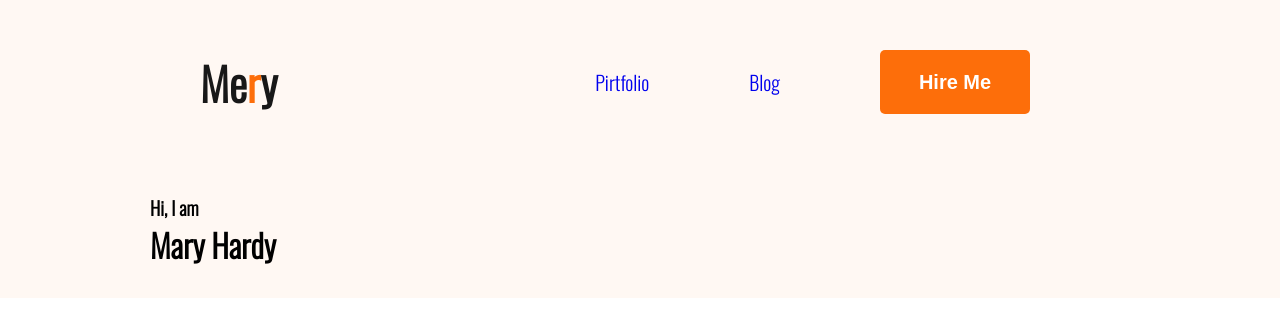
Repository: sumonkumarsarkar/my-website-personal
Page: index.html
These files come from the project's save history. The page is drawn as it stood at one moment and after the next save; the edit follows.
The browser window is 1280 px wide. The pictures show the whole page.

Above is the page before, as saved 2024-01-06 09:11:28.

After the next save:
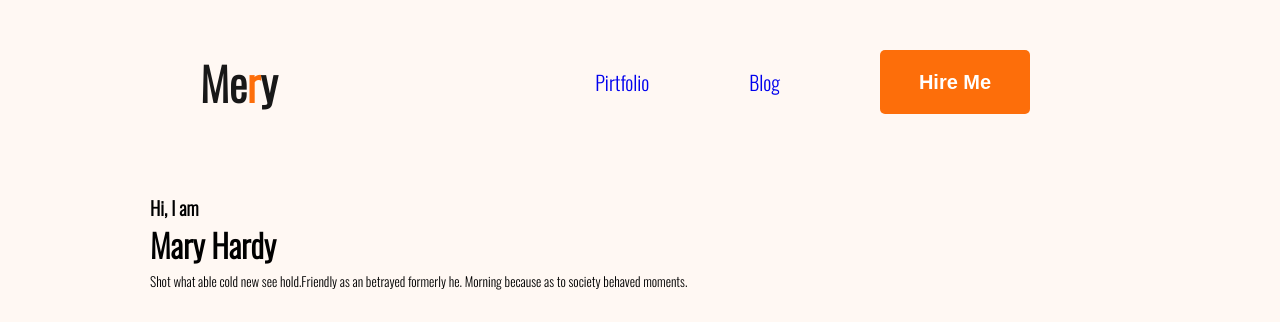
Saved 28 s later.
--- a/index.html
+++ b/index.html
@@ -24,6 +24,7 @@
             <div>
                 <h3>Hi, I  am</h3>
                 <h1>Mary Hardy</h1>
+                <small>Shot what able cold new see hold.Friendly as an betrayed formerly he. Morning because as to society behaved moments.</small>
             </div>
 
         </div>
